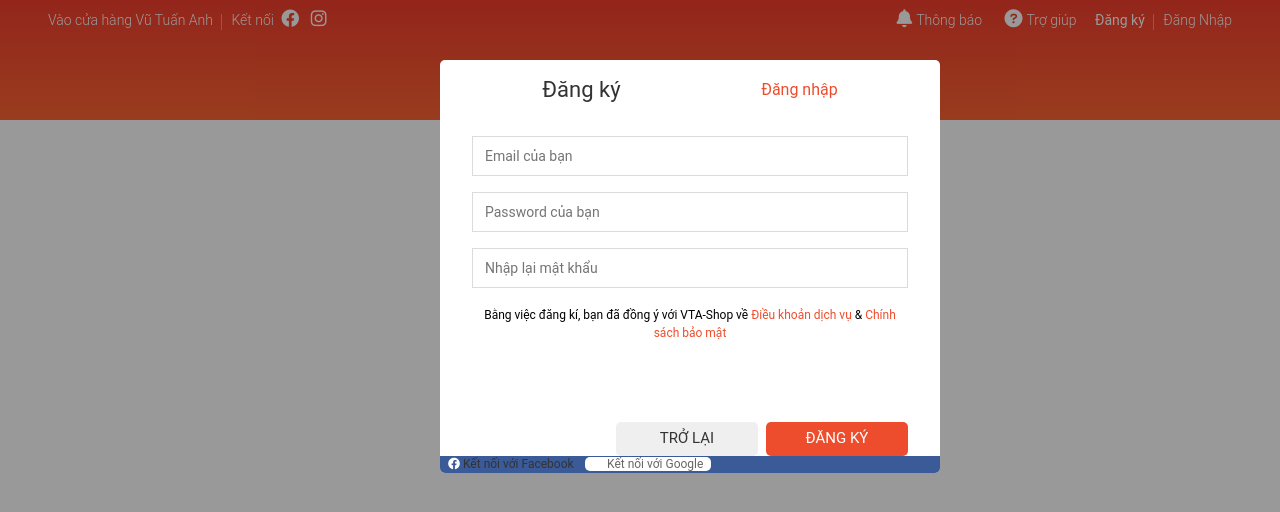
Repository: VuTuanAnh0949/Shopee
Page: index.html
An editor plug-in stored every save of this project. The page is shown before and after the next save, followed by the edit.
The browser window is 1280 px wide. The pictures show the whole page.

Above is the page before, as saved 2022-02-15 13:21:25.

### index.html
<!DOCTYPE html>
<html lang="en">

<head>
    <meta charset="UTF-8" />
    <meta http-equiv="X-UA-Compatible" content="IE=edge" />
    <meta name="viewport" content="width=device-width, initial-scale=1.0" />
    <title>Shopee</title>
    <link rel="stylesheet" href="https://cdnjs.cloudflare.com/ajax/libs/normalize/8.0.1/normalize.min.css" />
    <link rel="stylesheet" href="./assets/css/base.css" />
    <link rel="stylesheet" href="./assets/css/main.css" />
    <link rel="stylesheet" href="./assets/fonts/fontawesome-free-6.0.0-web/css/all.min.css">
    <link rel="stylesheet" href="https://fonts.googleapis.com/css?family-Roboto:300, 400, 500,78
0&display=swap&subset=vietnamese" rel="stylesheet" />

</head>

<body>
    <!-- Block Element Modifier -->
    <div class="app">
        <header class="header">
            <div class="grid">
                <nav class="header__navbar">
                    <ul class="header__navbar-list">
                        <li class="header__navbar-item header__navbar-item--has-qr header__navbar-item--separate">Vào cửa hàng Vũ Tuấn Anh
                            <div class="header__qr">
                                <img src="./assets/img/QR_code.png" alt="QR Code" class="header__qr-img">
                                <div class="header__qr-apps">
                                    <a href="" class="header__qr-link"><img src="./assets/img/Google_Play.png" alt="Google Play" class="header__qr-dowload-img">
                                    </a>
                                    <img src="./assets/img/App_store.png" alt="App Store" class="header__qr-dowload-img">
                                </div>
                            </div>
                        </li>
                        <li class="header__navbar-item">
                            <span class="header__navbar-title--no-pointer">Kết nối</span>
                            <a href="" class="header__navbar-icon-link"><i class="header__navbar-icon fa-brands fa-facebook"></i></a>
                            <a href="" class="header__navbar-icon-link"><i class="header__navbar-icon fa-brands fa-instagram"></i></a>
                        </li>
                    </ul>

                    <ul class="header__navbar-list">
                        <li class="header__navbar-item header__navbar-item--has-notification">
                            <a href="" class="header__navbar-item-link"><i class="header__navbar-icon fa-solid fa-bell"></i>Thông báo</a>
                            <div class="header__notification">
                                <header class="header__notification-header">
                                    <h3>Thông báo mới nhận</h3>
                                </header>
                                <ul class="header__notification-list">
                                    <li class="header__notification-item header__notification-viewed">
                                        <a href="" class="header__notification-link">
                                            <img src="https://cf.shopee.vn/file/a2344384834f0903b232953bf8e1d283_tn" alt="" class="header__notification-img">
                                            <div class="header__notification-info">
                                                <span class="header__notification-name">Bàn Phím cơ chính hãng K400-Đen</span>
                                                <span class="header__notification-descriotion">Bàn phím cơ máy tính gaming K550 Pro full Led 7 chế độ hiệu ứng là mẫu bàn phím phù hợp cho văn phòng và game thủ</span>
                                            </div>
                                        </a>
                                    </li>
                                    <li class="header__notification-item">
                                        <a href="" class="header__notification-link">
                                            <img src="https://cf.shopee.vn/file/fbd0d6cd59ae0c260cbdd8d2bdccbe06_tn" alt="" class="header__notification-img">
                                            <div class="header__notification-info">
                                                <span class="header__notification-name">Bàn phím cơ chính hãng K400-Trắng xanh 1</span>
                                                <span class="header__notification-descriotion">Bàn phím cơ máy tính gaming K550 Pro full Led 7 chế độ hiệu ứng là mẫu bàn phím phù hợp cho văn phòng và game thủ</span>
                                            </div>
                                        </a>
                                    </li>
                                    <li class="header__notification-item ">
                                        <a href="" class="header__notification-link">
                                            <img src="https://cf.shopee.vn/file/26989c24e549299dcfb324055082c553" alt="" class="header__notification-img">
                                            <div class="header__notification-info">
                                                <span class="header__notification-name">Bàn phím cơ chính hãng K400-Trắng xanh 2</span>
                                                <span class="header__notification-descriotion">>Bàn phím cơ máy tính gaming K550 Pro full Led 7 chế độ hiệu ứng là mẫu bàn phím phù hợp cho văn phòng và game thủ</span>
                                            </div>
                                        </a>
                                    </li>
                                </ul>
                                <div class="footer header__notification-footer">
                                    <a href="" class="header__notification-footer-btn">Xem tất cả</a>


                                </div>
                            </div>
                        </li>
                        <li class="header__navbar-item">
                            <a href="" class="header__navbar-item-link"><i class="header__navbar-icon fa-solid fa-circle-question"></i>Trợ giúp</a>
                        </li>
                        <li class="header__navbar-item header__navbar-item--strong header__navbar-item--separate">Đăng ký</li>
                        <li class="header__navbar-item header__navbar-ite--strong"> Đăng Nhập</li>
                    </ul>
                </nav>
            </div>
        </header>
        <div class="container">

        </div>
        <footer class="footer">

        </footer>
    </div>
    <!-- Modal layout -->
    <div class="modal">
        <div class="modal__overlay"></div>

        <div class="modal__body">

            <!-- Authen form -->
            <div class="auth-form">
                <div class="auth-form__container">
                    <div class="auth-form__container"></div>
                    <div class="auth-form__header">
                        <h3 class="auth-form__heading">Đăng ký</h3>
                        <span class="auth-form__switch-btn">Đăng nhập</span>
                    </div>
                    <div class="auth-form__form">
                        <div class="auth-form__group">
                            <input type="text" class="auth-form__input" placeholder="Email của bạn">
                        </div>
                        <div class="auth-form__group">
                            <input type="password" class="auth-form__input" placeholder="Password của bạn">
                        </div>
                        <div class="auth-form__group">
                            <input type="password" class="auth-form__input" placeholder="Nhập lại mật khẩu ">
                        </div>
                    </div>
                    <div class="auth-form__aside">
                        <p class="auth-form__policy-text">
                            Bằng việc đăng kí, bạn đã đồng ý với VTA-Shop về
                            <a href="" class="auth-form__text-link">Điều khoản dịch vụ</a> &
                            <a href="" class="auth-form__text-link">Chính sách bảo mật</a>
                        </p>
                    </div>
                    <div class="auth-form__controls">
                        <button class="btn btn--normal auth-form__controls-back ">TRỞ LẠI</button>
                        <button class="btn btn--primary">ĐĂNG KÝ</button>
                    </div>
                </div>
                <div class="auth-form__socials--facebook">
                    <a href="" class="btn btn--size-s btn--with-icon">
                        <i class="auth-form__socials-icon fa-brands fa-facebook"></i>
                        <span class="auth-form__socials-title">
                            Kết nối với Facebook
                        </span>
                    </a>
                    <a href="" class="auth-form__socials--google btn btn--size-s btn--with-icon">
                        <i class="auth-form__socials-icon fa-brands fa-google"></i>
                        <span class="auth-form__socials-title">
                            Kết nối với Google
                        </span>
                    </a>
                </div>
            </div>
        </div>
    </div>
</body>

</html>

### assets/css/base.css
:root {
  --primary-color:#EE4D2D;
  --white-color: #fff;
  --black-color: #000;
  --text-color: #333;
  --border-color:#dbdbdb;
}
* {
  box-sizing: inherit;
}
html {
  font-size: 62.5%;
  line-height: 1.6rem;
  font-family: "Roboto", sans-serif;
  box-sizing: border-box;
}
.grid {
  width: 1200px;
  max-width: 100%;
  margin: 0 auto;
}
.grid__full-width {
  width: 100%;
}
.grid__row {
  display: flex;
  flex-wrap: wrap;
}
/* Animation */
@keyframes fadeIn{
  from{
    opacity: 0;
  }to{
    opacity: 1;
  }
}
/* Modal */
.modal{
  position: fixed;
  top: 0;
  right: 0;
  bottom: 0;
  left: 0;
  display: flex;
}
.modal__overlay{
  position: absolute;
  width: 100%;
  height: 100%;
  background-color: rgba(0,0,0,0.4);
}
.modal__body{
  width: 400px;
  height: 600px;

  margin: auto;
  position: relative;
  z-index: 1;  /* để cho modal nổi lên */
}
/* Button style */
.btn{
  min-width: 142px;
  height: 34px;
  text-decoration: none;
  border:none ;
  border-radius: 5px;
  font-size: 1.5rem;
  padding:0 12px;
  outline: none;
  cursor: pointer;
  color: var(--text-color);
  align-items: center;
 justify-content: center;
}
.btn.btn--normal:hover{
  background-color: rgba(0,0,0,0.05);
}
.btn.btn--size-s{
  height: 32px;
  font-size: 12px;
  padding:0 8px;
}
/* .. dùng để css 1 element có 2 class */
.btn.btn--primary{
  color: var(--white-color);
  background-color: var(--primary-color);
  }
.btn.btn-disabled{
  color: #949494;
  cursor: default;
  background-color: #c3c3c3;
}

### assets/css/main.css
.header{
height: 120px;
background-image:linear-gradient(0, #fe6433, #f53e2d) ;
}
.header__navbar{
  display: flex;
  justify-content: space-between;
}
.header__navbar-list{
list-style: none;
padding-left: 0;
margin-top: 9px;
}
.header__navbar-item{
  margin: 0 8px;
  position: relative;
  min-height: 26px;
}
.header__navbar-item--has-qr:hover .header__qr{
  display: block;
}
.header__navbar-item--has-notification:hover .header__notification{
  display: block;
}
.header__navbar-item,
.header__navbar-item-link{
  display:inline-block;
  font-size: 1.4rem;
  color:var(--white-color);
  text-decoration: none;
  font-weight: 300;
}
.header__navbar-item,
.header__navbar-item-link,
.header__navbar-icon-link{
/*   display: flex; */
  align-items: center;
}
.header__qr::before{
  position: absolute;
  left: 0;
  top: -16px;
  width: 100%;
  height: 20px;
  content: "";
  display: block;

}
.header__navbar-item:hover,
.header__navbar-icon-link:hover,
.header__navbar-item-link:hover{
  cursor: pointer;
  color: rgba(255,255,255,0.7);
}
.header__navbar-item--strong{
  font-weight: 400;
}
.header__navbar-item--separate::after{
  content: "";
  display: block;
  position: absolute;
border-left: 1px solid #FB9086;
height: 16px;
right: -9px;
top: 37%;
transform: translateY(-50%);
}
.header__navbar-icon-link{
  color: var(--white-color);
  text-decoration: none;
}
.header__navbar-icon{
  font-size: 1.8rem;
  margin: 0 4px;
}
.header__navbar-title--no-pointer{
  cursor: text;
  color: var(--white-color);
  text-decoration: none;
}
/* Header QR code */
.header__qr{
  width: 180px;
background-color: var(--white-color);
position: absolute;
left: 0;
top: 100%;
padding: 8px;
border-radius: 5px;
display: none;
animation: fadeIn ease-in 0.3s;
}
.header__qr-img{
width: 100%;
}
.header__qr-apps{
display: flex;
justify-content: space-between;
}
.header__qr-link:nth-child(1){
  margin-left: 11px;
}
.header__qr-link:nth-child(2){
  margin-right: 15px;
}
.header__qr-dowload-img{
  height: 16px;
}
/* header__notification */
.header__notification{
position: absolute ;
top: 27px;
right: 0;
width: 404px;
background-color: var(--white-color);
border-radius: 5px;
border: 1px solid #D3D3D3;
cursor: default;
transform-origin:90% top;
animation:  headerNotificationGrowth ease-in 0.2s;
will-change: opacity, transform;
display: none;
}
.header__notification::before{
content: "";
border-width:20px 30px ;
border-style: solid;
/* Tạo một lớp giá */
border-color:transparent transparent var(--white-color) transparent;
position: absolute;
right: 6px;
top: -30px;
}
/* Giúp di chuột vào quả chuông cạnh nút thông báo không bị mất list thông báo */
.header__notification::after{
  content: "";
  display: block;
  position: absolute;
  height: 20px;
  width: 90px;
  top: -16px;
  right: 0;
 }
@keyframes headerNotificationGrowth{
  from{
    opacity: 0;
    transform: scale(0);
  }to{
    opacity: 1;
    transform: scale(1);
  }
}
.header__notification-header{
  height: 40px;
  background-color: var(--white-color);
  border-radius: 5px;
}
.header__notification-header h3{
  color: #999;
  margin: 0 0 0 12px;
  width: 400;
  font-size: 1.4rem;
  line-height: 40px;
  user-select: none;  /* không cho coppy */
}
.header__notification-list{
padding-left: 0;
}
.header__notification-item{
display: flex;

}
.header__notification-item:hover{
  background-color: #f7f7f7
}
.header__notification-viewed{
  background-color: rgba(238,75,43,0.08);

}
.header__notification-link{
  display: flex;
  width: 100%;
  padding: 12px;
  text-decoration: none;
}
.header__notification-img{
width: 48px;
object-fit: contain;
}
.header__notification-info{
margin-left: 12px;
}
.header__notification-name{
display: block;
font-size: 1.4rem;
color: var(--text-color);
font-weight: 400px;
line-height: 1.8rem;
}
.header__notification-descriotion{
display: block;
font-size: 1.2rem;
line-height: 1.6rem;
color: #765F6E;
margin-top: 4px;
}
.header__notification-footer{
 display: flex;
}
.header__notification-footer-btn{
  text-decoration: none;
  color:var(--text-color);
  width: 100%;
  padding: 8px 0;
  margin: auto;
  font-size: 1.4rem;
  font-weight: 400;
  text-align: center;
}
/* Authen modal */
.auth-form{
  width: 500px;
    background-color: var(--white-color);
  border-radius: 5px;
  overflow: hidden;
}
.auth-form__container{
  padding: 0 32px;
}
.auth-form__header{
  display: flex;
  align-items: center;
  justify-content: space-around;
}
.auth-form__heading{
  font-size: 2.2rem;
  font-weight:400;
  color: var(--text-color);
}
.auth-form__switch-btn{
  font-size: 1.6rem;
  font-weight:400;
  color: var(--primary-color);
  cursor: pointer;
}
.auth-form__form{
}
.auth-form__input{
  width: 100%;
  height: 40px;
  margin-top: 16px;
  padding: 0 12px;
  font-size: 1.4rem;
  border: 1px solid var(--border-color);
  outline: none;
}
/*Dí chuột vào ô input => ô input nháy chuột  */
.auth-form__input:focus{
border-color: #777;
}
.auth-form__aside{
  margin-top: 18px;
}
.auth-form__policy-text{
  font-size: 1.2rem;
  line-height: 1.8rem;
  text-align: center;
  padding: 0 3px;
}
.auth-form__text-link{
  color: var(--primary-color);
  text-decoration: none;
}
.auth-form__controls{
  margin-top: 80px;
  display: flex;
  justify-content: flex-end;
}
.auth-form__controls-back{
  margin-right: 8px;
}
.auth-form__socials{
 background-color: #F5F5F5;
 padding: 16px 36px;
 display: flex;
 justify-content: space-between;
 margin-top: 24px;
}
.auth-form__socials--facebook{
  color: var(--white-color);
  background-color:#3A5A98 ;
}
.auth-form__socials--facebook,
.auth-form__socials-icon{
color: var(--white-color);
}
.auth-form__socials-title{
  margin-top: 0 36px;
}
.auth-form__socials--google{
  color: #666;
  background-color: var(--white-color);
}

Loaded but not shown: assets/fonts/fontawesome-free-6.0.0-web/css/all.min.css (library)

After the next save:
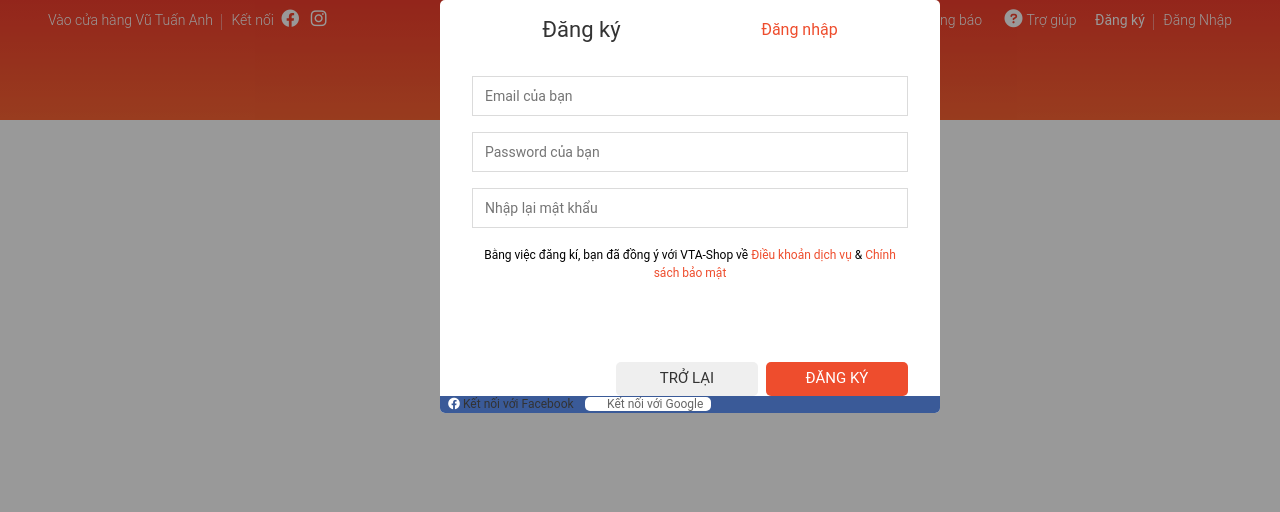
Saved 15 s later.
--- a/assets/css/base.css
+++ b/assets/css/base.css
@@ -51,7 +51,7 @@ html {
 }
 .modal__body{
   width: 400px;
-  height: 600px;
+  height: 1000px;
 
   margin: auto;
   position: relative;
